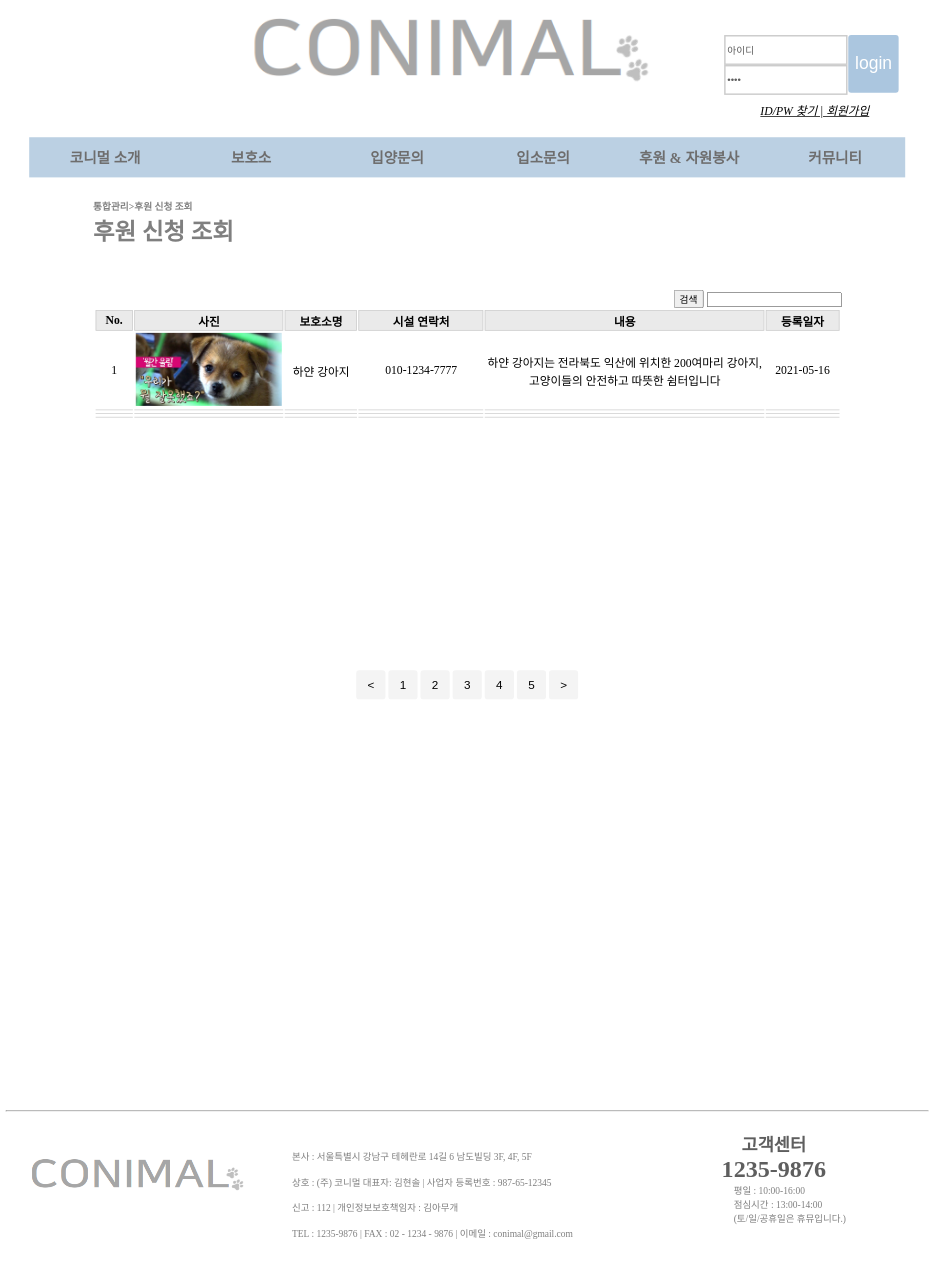
Repository: rlagusthf12/SemiProject
Page: http://localhost/jspProject/views/support/support.jsp
These files come from the project's save history. The page is drawn as it stood at one moment and after the next save; the edit follows.
The browser window is 1280 px wide. The pictures show the whole page, at 73% of full size.
The page is served by Tomcat 9. Other server files are loaded and not shown.

Above is the page before, as saved 2021-05-18 10:21:08.

### jspProject/WebContent/views/support/support.jsp
<%@ page language="java" contentType="text/html; charset=UTF-8"
    pageEncoding="UTF-8"%>
<!DOCTYPE html>
<html>
<head>
<meta charset="UTF-8">
<title>Insert title here</title>
<style>
.body{
		width: 1025px;
        height: 1240px;
        margin: 0 auto;
        margin-top:30px;
	}

  h1,h5{
      margin: 0;
      font-weight: bold; color: rgb(127, 127, 127);
  }
  .head1{
  	width:100%;
  	height:10%;

  }
  .body1{
  	width:100%;
  	height:40%;
  }
  .body2{
  width:100%;
  height:40%;
  }
  .foot1{
  width:100%;
  height:10%;
  }
  .list-area{
        border:1px solid white;
        text-align:center;

    }
     .list-area>thead>tr>th{

    	border: 1px solid #ccc;
    	word-break: break-all;
    	background: #eaeaea;
    	font-weight: bold;
    	display: table-cell;
   		vertical-align: inherit;



     }
     .list-area>tbody>tr>td{
  		 border-bottom: 1px solid #ccc;
    	font-family: HanSans;

     }
    .list-area>tbody>tr:hover{
        cursor:pointer;
    }
    .paging-area>button{
    font-size: 16px;
    color: rgb(255, 255, 255);
    text-align: center;
    line-height: 2.5em;
    border-radius: 4px;
	background-color: rgb(244, 244, 244);
	color:black;
    border:0px;
    width:40px;
    height:40px;
    }
</style>
</head>
<body>
<%@ include file="../common/menubar.jsp" %>
<div class="body">
<div class="head1">
  <h5>통합관리>후원 신청 조회</h5>
  <h1>후원 신청 조회</h1>

  </div>
  <div class="head2"align="right">
  <div class="search" >
  <button class="searchbutton">검색</button>
  <input type="search" class="searchbar">
  </div>
  </div>
	<div class="body1">
  <table class="list-area">
            <thead>
                <tr>
                    <th width="50">No.</th>
                    <th width="200">사진</th>
                    <th width="100">보호소명</th>
                    <th width="175">시설 연락처</th>
                    <th width="400">내용</th>
                    <th width="100">등록일자</th>
                </tr>
            </thead>
            <tbody>
                 <tr>
		                 <td>1</td>
		                 <td><img src="resources/images/slide.png" width="200px" height="100px" ></td>
		                 <td>하얀 강아지</td>
		                 <td>010-1234-7777</td>
		                 <td>하얀 강아지는 전라북도 익산에 위치한 200여마리 강아지, 고양이들의 안전하고 따뜻한 쉼터입니다</td>
		                 <td>2021-05-16</td>
		         </tr>
		           <tr>
		                 <td></td>
		                 <td></td>
		                 <td></td>
		                 <td></td>
		                 <td></td>
		                 <td></td>
		         </tr>
		           <tr>
		                 <td></td>
		                 <td></td>
		                 <td></td>
		                 <td></td>
		                 <td></td>
		                 <td></td>
		         </tr>


            </tbody>
        </table>
  </div>
  <div class="foot1">

        <div align="center" class="paging-area">

            	<button > &lt; </button>
	            	<button disabled>1</button>
	            		<button >2</button>
	            		<button >3</button>
                        <button >4</button>
                        <button >5</button>
            	<button > &gt; </button>

        </div>
  </div>


  </div>
         <%@ include file="../common/footerbar.jsp" %>
</body>
</html>

### jspProject/WebContent/views/common/menubar.jsp
<%@ page language="java" contentType="text/html; charset=UTF-8"
    pageEncoding="UTF-8"%>
<!DOCTYPE html>
<html>
<head>
<meta charset="UTF-8">
<title>Insert title here</title>

<style>
    .on{
         width: 1200px;
         height: 180px;
         margin: 0 auto;
         }
    .mainLogo{

        margin-left: 302px;

    }

    .login {
        float:right;
        margin-top:40px;
     }
   #loginform>*{

    float:left;
    }
    .id_pwd{width: 65%; height: 70px; } .loginbtn{width: 35%;}

    .pwd,.id{
        color: rgb(94, 94, 94);
        border-style: solid;
        border-color: rgb(204, 204, 204);
        width:100%;
        height:50%;
    }
    .loginbtn>input{
        font-size: 24px;
        width: 80%;
        height: 100%;
        color: rgb(255, 255, 255);
        line-height: 3.2em;
        background-color: rgb(171, 198, 223);
        text-align: center;
        border-radius: 4px;
        border:0px;
    }

    .find{
    text-decoration-line: underline;
    font-style: italic;
    font-size: 16px;
    line-height: 3.2em;
    }

    .navi{
            width: 1200px; height: 55px;
            background-color: rgb(187, 208, 227);
            margin: 0 auto;
     }
     #navi1{
            list-style-type:none;
            margin:0;
            padding:0;
            height:100%;
            text-decoration:none;

        }

        #navi1>li{
            margin-left: 8px;
            float:left;
            width:16%;
            height:100%;
            text-align:center;
        }
        #navi1 a{
            line-height: 2.8em;
            font-size: 20px;
            color: rgb(110, 109, 109);
            font-family: HanSans;
            width: 16.6%;
            font-weight: bold;
            cursor:pointer;
            height:100%;
            width:100%;
            display:block;
            text-decoration:none;
            z-index: 6;
        }
        #navi1 a:hover{color: white;}
        #navi1>li>ul{
            list-style-type:none;
            display:none;
            margin-top:0px;
            padding:10px;
            background-color: rgb(184, 183, 183);
            font-family: HanSans;
            line-height: 2.8em;
            font-size: 20px;
            position: relative;
            z-index: 6;
        }
        #navi1>li>ul a{font-size:15px;}
        #navi1>li>a:hover+ul{display:block;}
        #navi1>li>ul:hover{display:block;}
     </style>
</head>

<body>

            <div class="on">

                    <image src="resources/images/mainLogo.png" width="558px" height="120px" class="mainLogo">

                        <div class="login" align="center">

                            <form action="" id="loginform">

                                <div class="id_pwd">
                                    <input type="text" class="id" value="아이디"><br>
                                    <input type="password" class="pwd" value="비밀번호" >
                                </div>

                                <div class="loginbtn">
                                    <input type="submit" value="login">
                                </div>
                            </form>
                            <span class="find">ID/PW 찾기 | 회원가입</span>
                        </div>

            </div>
            <div class="navi">
                    <ul id="navi1" >
                        <li><a href="">코니멀 소개</a></li>
                        <li><a href="">보호소</a></li>
                        <li><a href="">입양문의</a>
                            <ul>
                                <li><a href="">보호중인 동물</a></li>
                                <li><a href="">입양 절차</a></li>
                                <li><a href="">입양 신청</a></li>
                                <li><a href="">입양 후기</a></li>
                            </ul>
                        </li>
                        <li><a href="">입소문의</a>
                            <ul>
                                <li><a href="">입소 절차</a></li>
                                <li><a href="">입소 신청</a></li>
                            </ul>
                        </li>
                        <li><a href="">후원 &amp; 자원봉사</a>
                        <ul>
                            <li><a href="">자원봉사</a></li>
                            <li><a href="">후원</a></li>
                        </ul>
                      </li>
                        <li><a href="">커뮤니티</a>
                        <ul>
                            <li><a href="">자유 게시판</a></li>
                            <li><a href="">공지사항</a></li>
                            <li><a href="">고객센터</a></li>
                        </ul>
                    </li>
                    </ul>
            </div>


</body>
</html>

### jspProject/WebContent/views/common/footerbar.jsp
<%@ page language="java" contentType="text/html; charset=UTF-8"
    pageEncoding="UTF-8"%>
<!DOCTYPE html>
<html>
<head>
<meta charset="UTF-8">
<title>Insert title here</title>
<style>


 .footerbar{

         width: 1200px;
         height: 180px;
         margin: 0 auto;
     }
     .call{
         width:30%;
         height: 100%;
         float:left;
         margin-left: 60px;
     }

     .minLogo{

         padding-top: 30px;
         height: 100%;
         float:left;
     }
     .ex{
        width:40%;
        float:left;
        height:100%;
        padding-top: 25px;
    }
     .ect{

        font-size: 13px;
        color: rgb(127, 127, 127);
        text-align: left;
        width:450px;
        padding-left: 60px;

     }
     .ect2{
        font-weight: bold; font-size: 24px; text-align: center; color: rgb(94, 94, 94);
     }
     .ect3{
        font-weight: bold; font-size: 33px; text-align: center; color: rgb(94, 94, 94);
     }
     #al{
        width: 250px;
        padding-left: 125px;
     }


</style>
</head>
<body>
            <hr>
            <br>
            <div class="footerbar">
            <div class="minLogo">
                <div>
                 <image src="resources/images/mainLogo.png" width="300" height="60"></image>
                </div>
            </div>
            <div class="ex">
             <div class="ect">
                    본사 : 서울특별시 강남구 테헤란로 14길 6 남도빌딩 3F, 4F, 5F<br><br>

                    상호 : (주) 코니멀 대표자: 김현솔 | 사업자 등록번호 : 987-65-12345 <br><br>

                    신고 : 112 | 개인정보보호책임자 : 김아무개<br><br>

                    TEL : 1235-9876 | FAX : 02 - 1234 - 9876 | 이메일  :  conimal@gmail.com
              </div>
            </div>


            <div class="call">
                <div class="ect2" >
                    고객센터
                    <div class="ect3">
                    1235-9876

                    </div>
                </div>

                <div class="ect" id="al">
                    평일 : 10:00-16:00<br>
                    점심시간 : 13:00-14:00<br>
                    (토/일/공휴일은 휴뮤입니다.)
                </div>

            </div>
            </div>


</body>
</html>

After the next save:
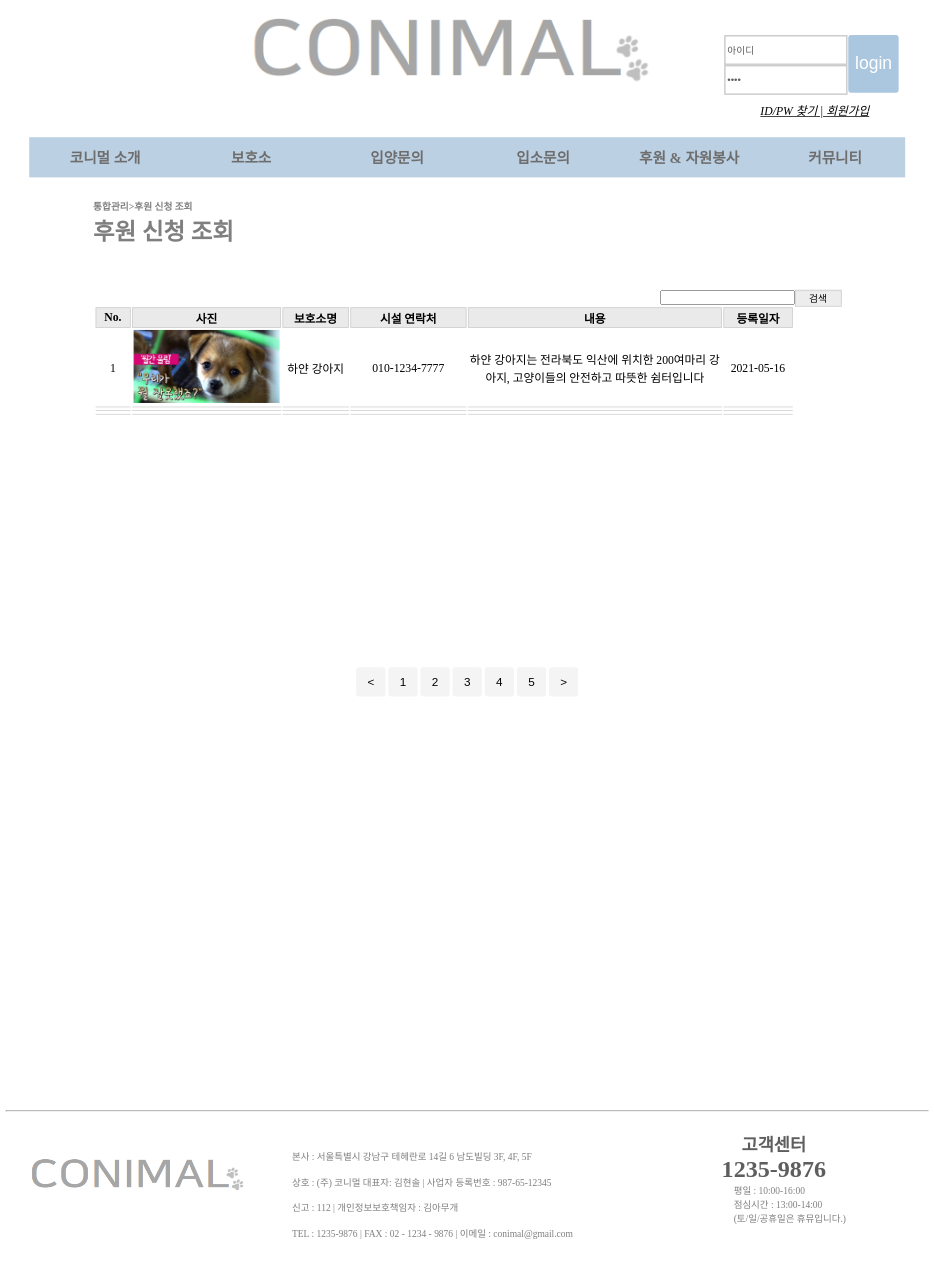
Saved 33 s later.
--- a/jspProject/WebContent/views/support/support.jsp
+++ b/jspProject/WebContent/views/support/support.jsp
@@ -71,6 +71,17 @@
     width:40px;
     height:40px;
     }
+    .searchbutton{
+
+      border-width: 1px 1px 1px 1px;
+      border-style: solid;
+      border-color: rgb(204, 204, 204);
+      box-shadow: rgba(0, 0, 0, 0.0666667) 0px 1px 1px 0px inset;
+       background-color: rgb(237, 237, 237);
+       width:64px;
+        height:100%;
+        float:right;
+       }
 </style>
 </head>
 <body>
